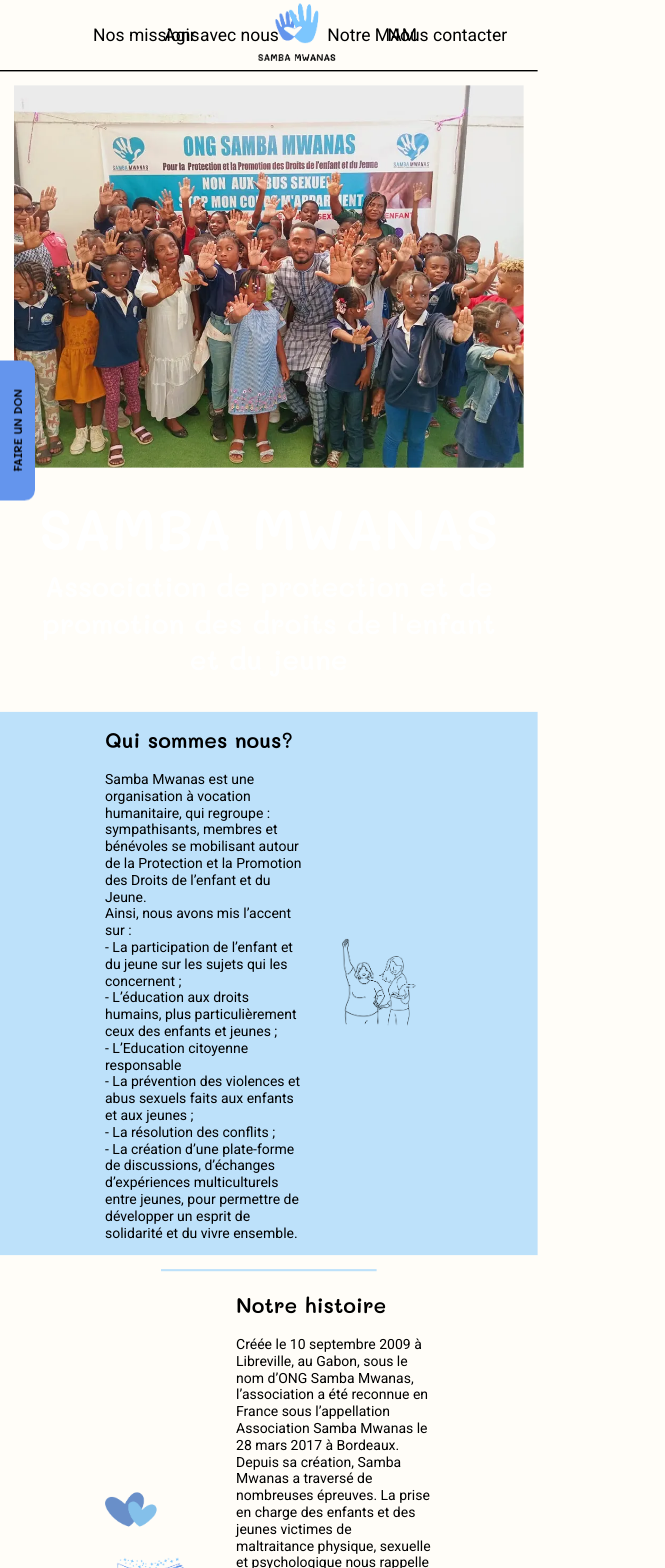
Repository: Danie-lDasilva/Samba-Mwanas
Page: index.html
An editor plug-in stored every save of this project. The page is shown before and after the next save, followed by the edit.
The browser window is 768 px wide. The page is 950 px wide, so the pictures cover 950 px, including what lies to the right of the window. The pictures show the part of the page from y = 0 to 2240 px (the page is 4690 px tall before and 4517 px after), at 70% of full size.

Above is the page before, as saved 2025-03-06 19:32:52.

After the next save:
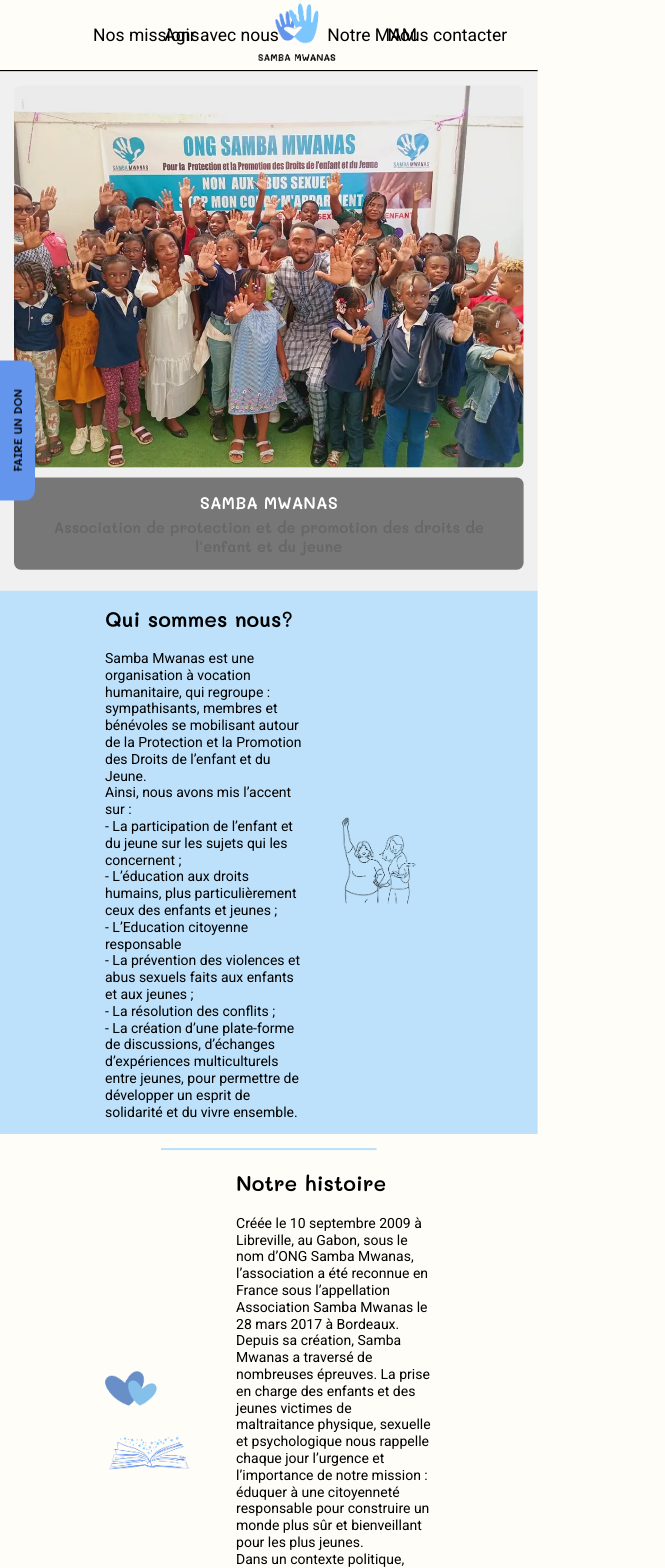
Saved 2 min 50 s later.
--- a/assets/css/style.css
+++ b/assets/css/style.css
@@ -116,25 +116,36 @@
 }
 /*Landing page*/
 
+/*Landing page*/
+
 .Landing {
     text-align: center;
     padding: 20px;
+    background-color: #f0f0f0; /* Ajout d'un fond pour une meilleure visibilité */
+}
+
+.Landing picture {
+    display: block;
+    margin: 0 auto;
 }
 
 .Landing img {
     max-width: 100%;
     height: auto;
+    border-radius: 10px; /* Ajout d'un léger arrondi pour un meilleur rendu */
 }
 
 .Samba {
     font-size: 2em;
     margin: 10px 0;
+    color: #333; /* Couleur du texte */
 }
 
 .Samba span {
     display: block;
     font-size: 1em;
     margin-top: 5px;
+    color: #666; /* Couleur du texte secondaire */
 }
 
 @media (max-width: 768px) {
@@ -147,7 +158,7 @@
     }
 }
 
-.Landing h1{
+.Landing h1 {
     position: relative;
     color: white;
     text-align: center;
@@ -157,12 +168,22 @@
     font-family: "Mali", cursive;
     font-weight: 600;
     font-style: normal;
-    font-size: 80px;
-    text-align: center;
+    font-size: 2em; /* Ajustement de la taille de la police */
+    background-color: rgba(0, 0, 0, 0.5); /* Ajout d'un fond semi-transparent pour une meilleure lisibilité */
 }
 
 .Landing h1 span {
-    font-size: 40px;
+    font-size: 1em; /* Ajustement de la taille de la police */
+}
+
+@media (max-width: 768px) {
+    .Landing h1 {
+        font-size: 1.5em; /* Ajustement de la taille de la police pour les petits écrans */
+    }
+
+    .Landing h1 span {
+        font-size: 0.9em; /* Ajustement de la taille de la police pour les petits écrans */
+    }
 }
 
 /*Infos*/
